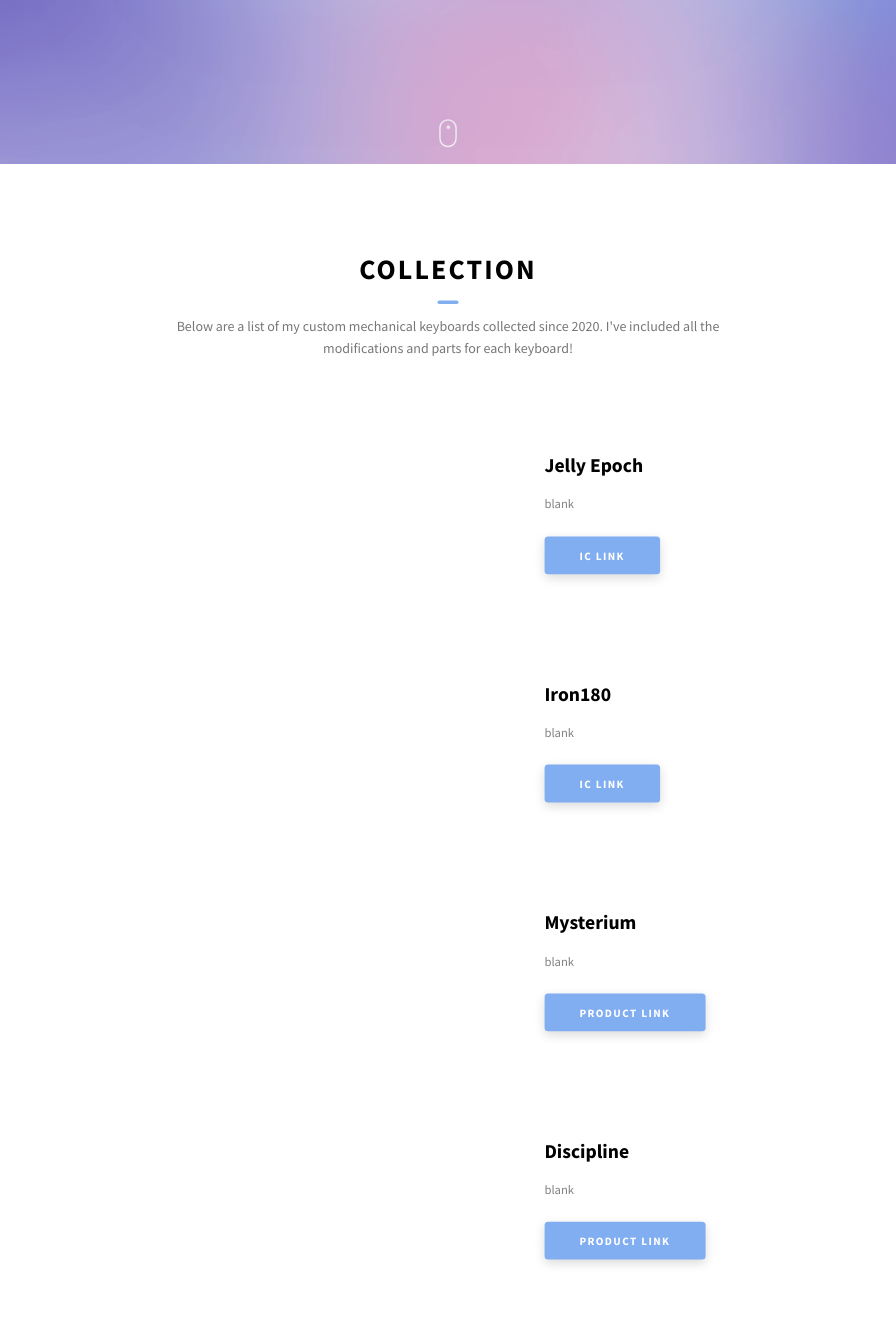
Repository: justinknguyen/Personal-Portfolio
Page: keyboards.html
The author's editor kept a copy of each file at every save. The page is drawn from the files as they stood at one save, then again after the next save.
The browser window is 1280 px wide. The pictures show the part of the page from y = 565 to 2485 px (the page is 2965 px tall), at 70% of full size.
The style sheet was rebuilt from its Sass, Less or Tailwind sources for each picture, by a compiler version that may differ from the author's.

Above is the page before, as saved 2022-09-10 17:19:21.
Console error: TypeError: Cannot read properties of undefined (reading 'style')

### keyboards.html
<!DOCTYPE html>
<html lang="en">
  <head>
    <meta charset="UTF-8" />
    <meta name="viewport" content="width=device-width, initial-scale=1.0" />
    <meta http-equiv="X-UA-Compatible" content="ie=edge" />
    <title>Keyboards</title>
    <meta name="description" content="Case study page of Project" />

    <link rel="stylesheet" href="css/style.css" />

    <link rel="preconnect" href="https://fonts.googleapis.com" />
    <link rel="preconnect" href="https://fonts.gstatic.com" crossorigin />
    <link
      href="https://fonts.googleapis.com/css2?family=Source+Sans+Pro:wght@400;600;700;900&display=swap"
      rel="stylesheet"
    />
  </head>
  <body>

    <!-- **** Header of Homepage **** -->
    <header class="header">
      <div class="header__content">
        <div class="header__logo-container">
          <div class="header__logo-img-cont">
            <img
              src="./assets/png/justin.png"
              alt="Ram Maheshwari Logo Image"
              class="header__logo-img"
            />
          </div>
          <span class="header__logo-sub">Justin Nguyen</span>
        </div>
        <div class="header__main">
          <ul class="header__links">
            <li class="header__link-wrapper">
              <a href="./index.html" class="header__link"> Home </a>
            </li>
            <li class="header__link-wrapper">
              <a href="./index.html#about" class="header__link">About </a>
            </li>
            <li class="header__link-wrapper">
              <a href="./index.html#projects" class="header__link">
                Projects
              </a>
            </li>
            <li class="header__link-wrapper">
              <a
                href="./keyboards.html"
                class="header__link"
                >Keyboards</a
              >
            </li>
            <li class="header__link-wrapper">
              <a href="./index.html#contact" class="header__link"> Contact </a>
            </li>
          </ul>
          <div class="header__main-ham-menu-cont">
            <img
              src="./assets/svg/ham-menu.svg"
              alt="hamburger menu"
              class="header__main-ham-menu"
            />
            <img
              src="./assets/svg/ham-menu-close.svg"
              alt="hamburger menu close"
              class="header__main-ham-menu-close d-none"
            />
          </div>
        </div>
      </div>
      <div class="header__sm-menu">
        <div class="header__sm-menu-content">
          <ul class="header__sm-menu-links">
            <li class="header__sm-menu-link">
              <a href="./index.html"> Home </a>
            </li>

            <li class="header__sm-menu-link">
              <a href="./index.html#about"> About </a>
            </li>

            <li class="header__sm-menu-link">
              <a href="./index.html#projects"> Projects </a>
            </li>

            <li class="header__sm-menu-link">
              <a
                href="./keyboards.html"
                >Keyboards</a
              >
            </li>

            <li class="header__sm-menu-link">
              <a href="./index.html#contact"> Contact </a>
            </li>
          </ul>
        </div>
      </div>
    </header>
    <!-- END Header -->


    <!-- **** Hero Section of Homepage **** -->
    <section class="home-hero">
      <div class="home-hero__content">
        <div class="container">
          <div class="typed-out">
            <h1 class="heading-primary">Keyboards</h1>
          </div>
        </div>
        <div class="home-hero__info">
          <p class="text-primary">
            Welcome to my custom mechanical keyboard collection!
          </p>
        </div>
      </div>
      <div class="home-hero__mouse-scroll-cont">
        <div class="mouse"></div>
      </div>
    </section>
    <!-- /END Hero Section -->


    <!-- **** Projects Section of Homepage **** -->
    <section id="projects" class="projects sec-pad">
      <div class="main-container">
          <h2 class="heading heading-sec heading-sec__mb-bg">
            <span class="heading-sec__main">Collection</span>
            <span class="heading-sec__sub">
              Below are a list of my custom mechanical keyboards collected since 2020.
              I've included all the modifications and parts for each keyboard!
            </span>
          </h2>

          <div class="projects__content">
            <div class="projects__row">
              <div class="projects__row-img-cont">
                <!-- <img
                  src="./assets/png/iot-1.png"
                  alt="Software Screenshot"
                  class="projects__row-img"
                  loading="lazy"
                  style="width: 50%; position: relative; left: 50%; transform: translateX(-50%);"
                /> -->
              </div>
              <div class="projects__row-content">
                <h3 class="projects__row-content-title">Jelly Epoch</h3>
                <p class="projects__row-content-desc">
                  blank
                </p>
                <a
                  rel="noreferrer" href="https://geekhack.org/index.php?topic=111841.0"
                  class="btn btn--med btn--theme dynamicBgClr"
                  target="_blank"
                  >IC Link</a
                >
              </div>
            </div>
            <div class="projects__row">
              <div class="projects__row-img-cont">
                <!-- <img
                  src="./assets/jpeg/ios-ss1.jpg"
                  alt="Software Screenshot"
                  class="projects__row-img"
                  loading="lazy"
                  style="width: 70%; position: relative; left: 50%; transform: translateX(-50%);"
                /> -->
              </div>
              <div class="projects__row-content">
                <h3 class="projects__row-content-title">Iron180</h3>
                <p class="projects__row-content-desc">
                  blank
                </p>
                <a
                  rel="noreferrer" href="https://geekhack.org/index.php?topic=105245.0"
                  class="btn btn--med btn--theme dynamicBgClr"
                  target="_blank"
                  >IC Link</a
                >
              </div>
            </div>
            <div class="projects__row">
              <div class="projects__row-img-cont">
                <!-- <img
                  src="./assets/png/prisoner-ss.png"
                  alt="Software Screenshot"
                  class="projects__row-img"
                  loading="lazy"
                  style="width: 80%; position: relative; left: 50%; transform: translateX(-50%);"
                /> -->
              </div>
              <div class="projects__row-content">
                <h3 class="projects__row-content-title">Mysterium</h3>
                <p class="projects__row-content-desc">
                  blank
                </p>
                <a
                  rel="noreferrer" href="https://github.com/justinknguyen/prisoner-riddle"
                  class="btn btn--med btn--theme dynamicBgClr"
                  target="_blank"
                  >Product Link</a
                >
              </div>
            </div>
            <div class="projects__row">
              <div class="projects__row-img-cont">
                <!-- <img
                  src="./assets/png/piguide-ss.png"
                  alt="Software Screenshot"
                  class="projects__row-img"
                  loading="lazy"
                  style="width: 100%; position: relative; left: 50%; transform: translateX(-50%);"
                /> -->
              </div>
              <div class="projects__row-content">
                <h3 class="projects__row-content-title">Discipline</h3>
                <p class="projects__row-content-desc">
                  blank
                </p>
                <a
                  rel="noreferrer" href="https://github.com/justinknguyen/PiGuide"
                  class="btn btn--med btn--theme dynamicBgClr"
                  target="_blank"
                  >Product Link</a
                >
              </div>
            </div>
          </div>

      </div>
    </section>
    <!-- END Projects Section -->


    <!-- **** Footer Section **** -->
    <footer class="main-footer">
      <div class="main-container">
        <div class="main-footer__upper">
          <div class="main-footer__row main-footer__row-1">
            <h2 class="heading heading-sm main-footer__heading-sm">
              <span>Social</span>
            </h2>
            <div class="main-footer__social-cont">
              <a target="_blank" rel="noreferrer" href="https://www.linkedin.com/in/justin-nguyen-194339184">
                <img
                  class="main-footer__icon"
                  src="./assets/png/linkedin-ico.png"
                  alt="icon"
                />
              </a>
              <a target="_blank" rel="noreferrer" href="https://github.com/justinknguyen">
                <img
                  class="main-footer__icon main-footer__icon--mr-none"
                  src="./assets/png/github-ico2.png"
                  alt="icon"
                />
              </a>
            </div>
          </div>
          <div class="main-footer__row main-footer__row-2">
            <h4 class="heading heading-sm text-lt">Justin Nguyen</h4>
            <p class="main-footer__short-desc">
              M.Eng Software Engineering student with a background in Electrical Engineering. Always willing
              to learn and improve my skillset.
            </p>
            <p class="main-footer__short-desc">
              This website is hosted on my Raspberry Pi 4 Model B. You can view the steps
                I've gone through on my
                <u><a rel="noreferrer" href="https://github.com/justinknguyen/PiGuide" target="_blank">
                  Github repo</a></u>
                along with guides for many other applications!
            </p>
          </div>
        </div>

        <!-- If you give me some credit or shoutout here by linking to my website, then it will be a big thing for me and will help me a lot :) -->
        <div class="main-footer__lower">
          &copy; Copyright 2022. Made by
          <a rel="noreferrer" target="_blank" href="https://rammaheshwari.com"
            >Ram Maheshwari</a
          > modified by
          <a rel="noreferrer" target="_blank" href="https://justinknguyen.ca"
            >Justin Nguyen</a
          >.
        </div>
      </div>
    </footer>
    <!-- END Footer Section -->


    <script src="./index.js"></script>
  </body>
</html>

Loaded but not shown: index.js (68 lines, source omitted); css/style.css (919 lines, source omitted)

After the next save:
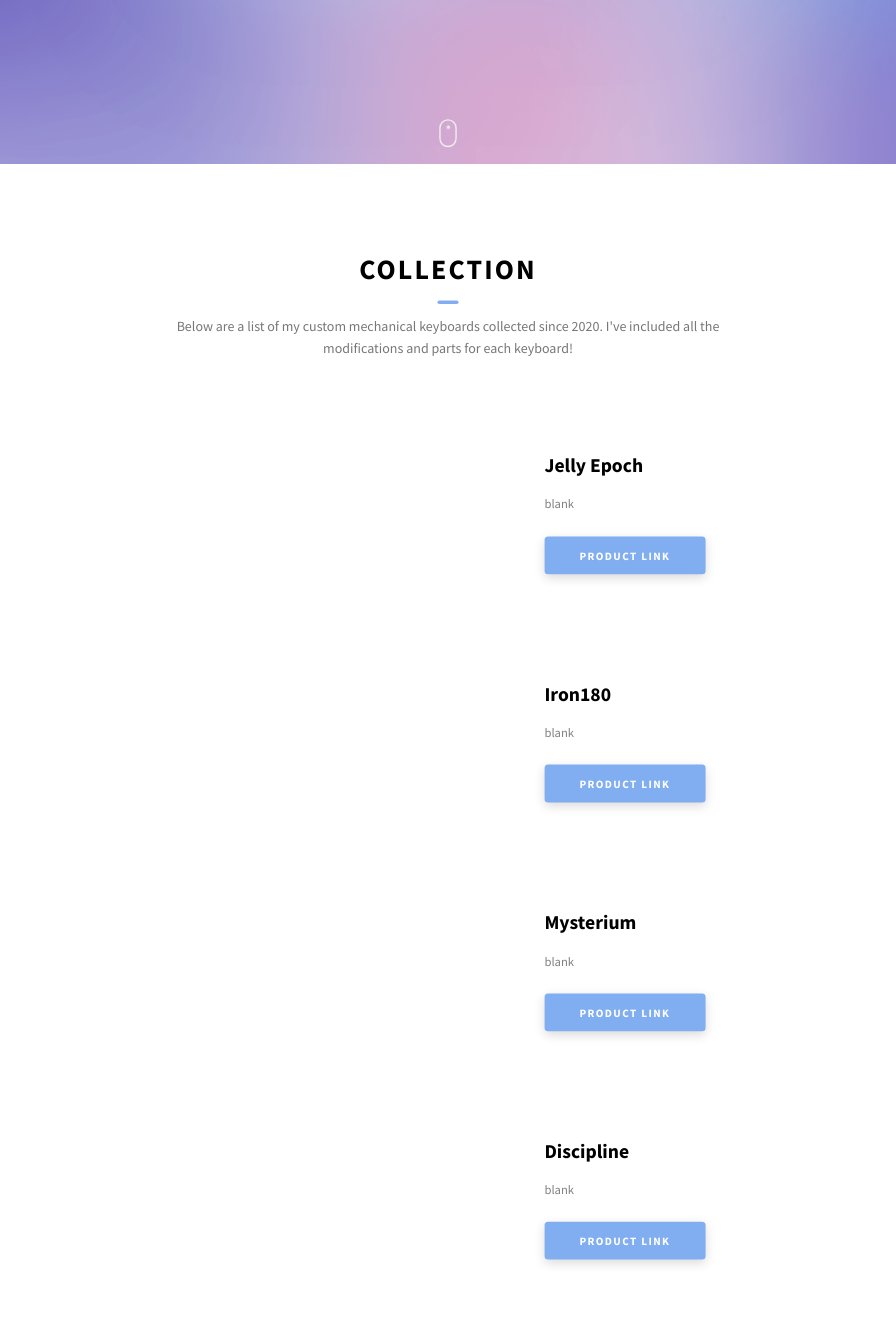
Saved 34 s later.
--- a/keyboards.html
+++ b/keyboards.html
@@ -153,7 +153,7 @@
                   rel="noreferrer" href="https://geekhack.org/index.php?topic=111841.0"
                   class="btn btn--med btn--theme dynamicBgClr"
                   target="_blank"
-                  >IC Link</a
+                  >Product Link</a
                 >
               </div>
             </div>
@@ -176,7 +176,7 @@
                   rel="noreferrer" href="https://geekhack.org/index.php?topic=105245.0"
                   class="btn btn--med btn--theme dynamicBgClr"
                   target="_blank"
-                  >IC Link</a
+                  >Product Link</a
                 >
               </div>
             </div>
